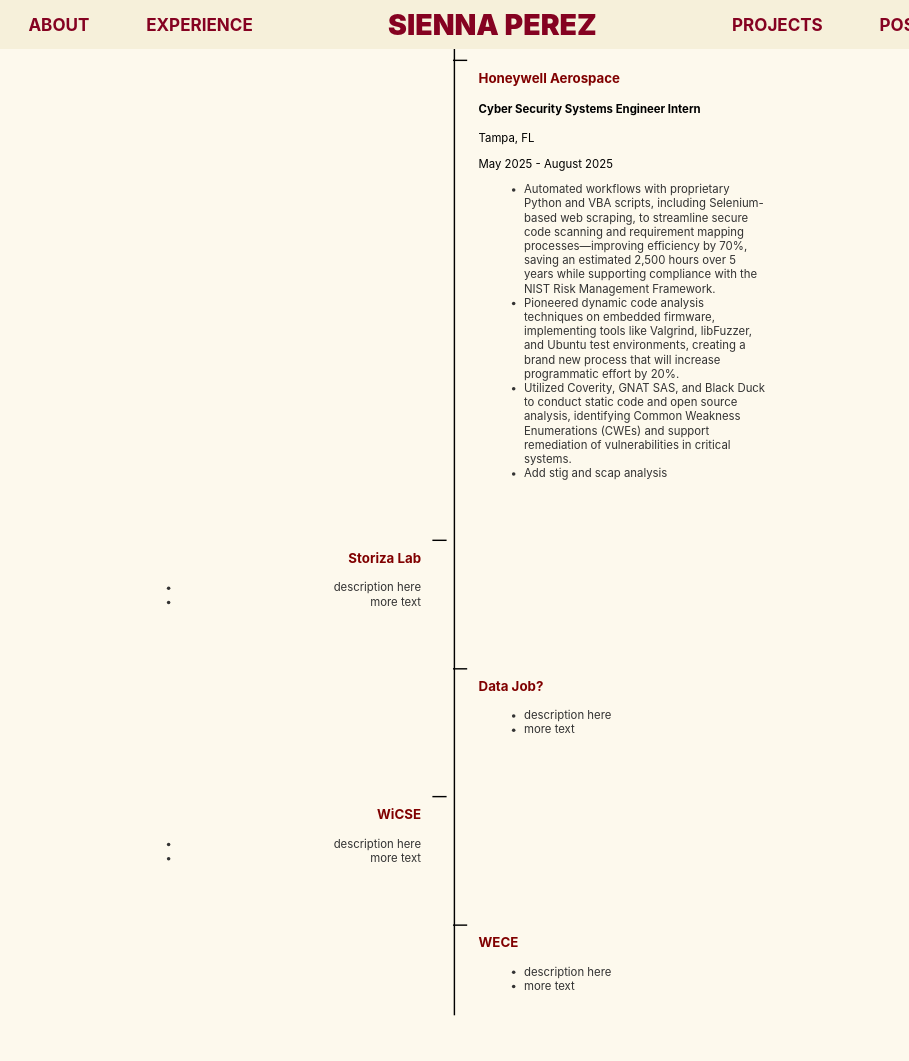
Repository: siennaperez/siennaperezweb
Page: /experience
The author's editor kept a copy of each file at every save. The page is drawn from the files as they stood at one save, then again after the next save.
The browser window is 1280 px wide. The pictures show the whole page, at 71% of full size.
The project was rebuilt for these pictures with package versions that can differ from the ones it lists, and the page was loaded fresh each time. Also part of the build but not shown: src/App.css, src/pages/About.css, src/pages/About.js, src/pages/Home.js.

Above is the page before, as saved 2025-09-21 15:22:17.

After the next save:
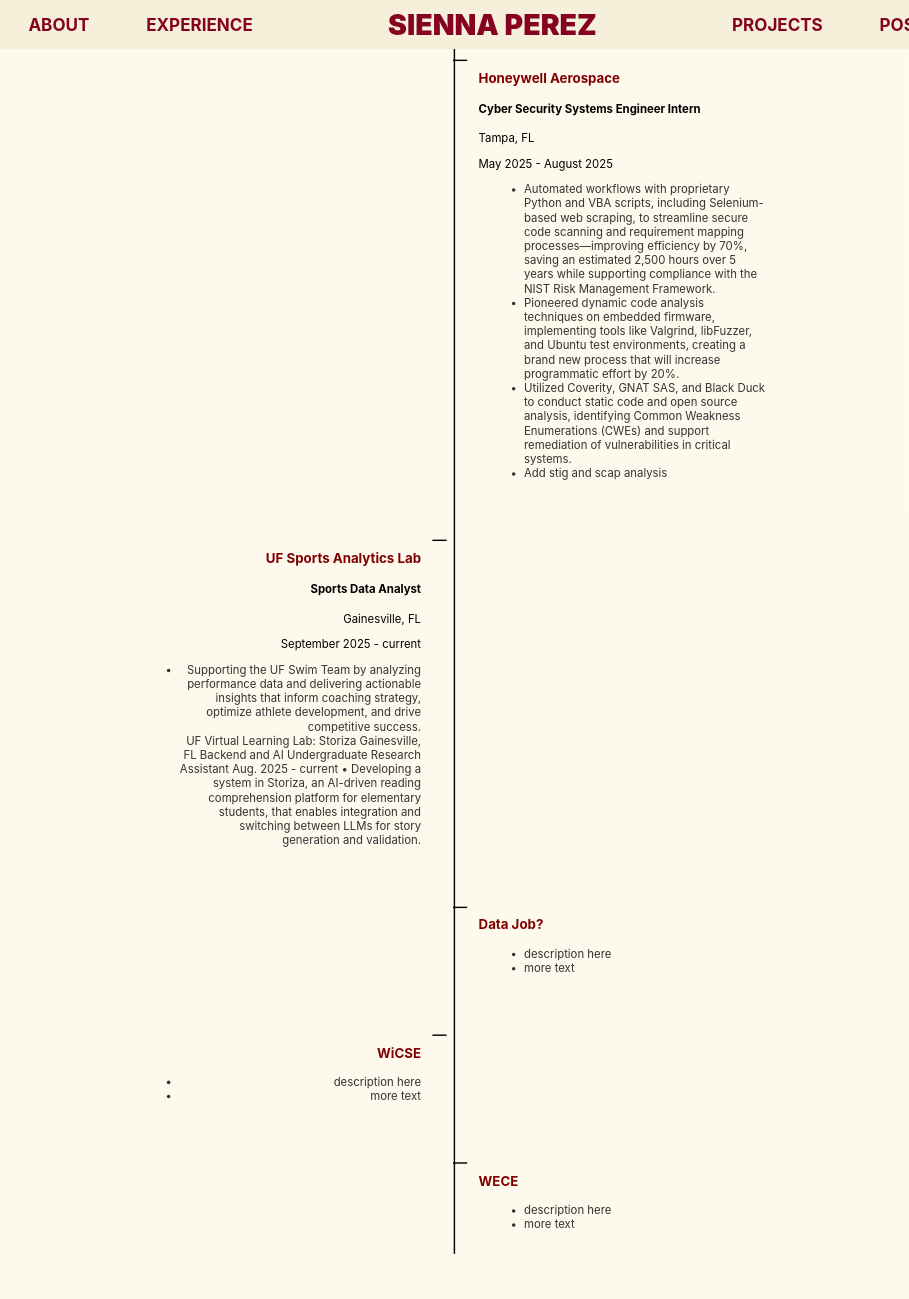
Saved 101 s later.
--- a/src/pages/Experience.js
+++ b/src/pages/Experience.js
@@ -21,10 +21,17 @@
 
         {/* Storiza Lab */}
         <div className="timeline-item left">
-          <h3>Storiza Lab</h3>
+          <h3>UF Sports Analytics Lab</h3>
+          <h4>Sports Data Analyst</h4>
+            <p>Gainesville, FL</p>
+            <p>September 2025 - current</p>
           <ul>
-            <li>description here</li>
-            <li>more text</li>
+            <li>Supporting the UF Swim Team by analyzing performance data and delivering actionable insights that inform coaching strategy, optimize athlete development, and drive competitive success.</li>
+
+UF Virtual Learning Lab: Storiza					                     			          Gainesville, FL
+Backend and AI Undergraduate Research Assistant		 					  Aug. 2025 - current
+•	Developing a system in Storiza, an AI-driven reading comprehension platform for elementary students, that enables integration and switching between LLMs for story generation and validation.
+
           </ul>
         </div>
 
